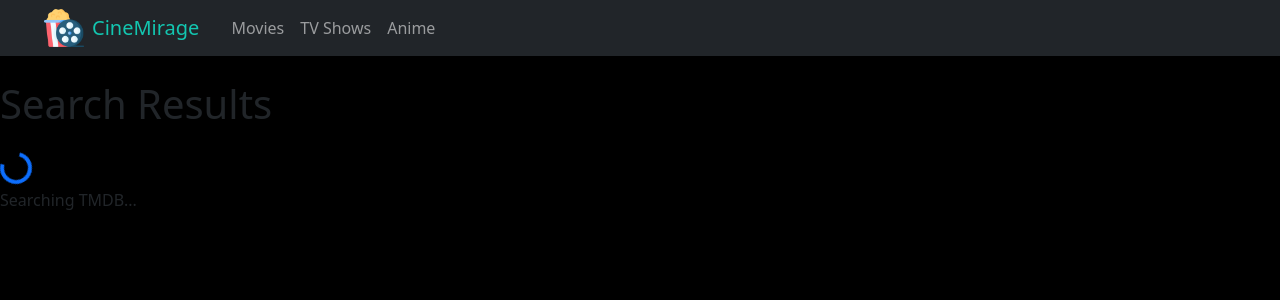
Repository: Malik1307/DEPI-Movie-Site-Demo-
Page: screens/search-results.html
An editor plug-in stored every save of this project. The page is shown before and after the next save, followed by the edit.
The browser window is 1280 px wide. The pictures show the whole page.

Above is the page before, as saved 2025-02-28 11:44:03.
Not found: css/search.css

After the next save:
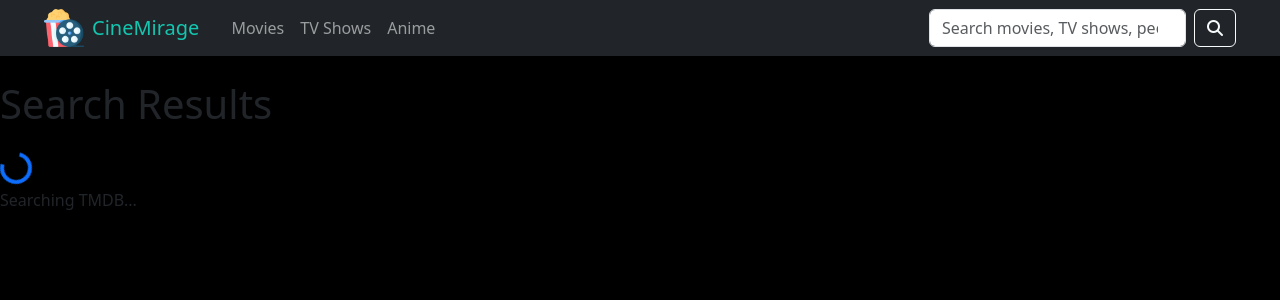
Saved 90 s later.
--- a/screens/search-results.html
+++ b/screens/search-results.html
@@ -8,9 +8,10 @@
     <link href="https://cdn.jsdelivr.net/npm/bootstrap@5.3.0/dist/css/bootstrap.min.css" rel="stylesheet" />
     <link rel="stylesheet" href="https://cdnjs.cloudflare.com/ajax/libs/font-awesome/6.5.1/css/all.min.css" />
     <link rel="stylesheet" href="../css/responsive.css" />
-    <link rel="stylesheet" href="../css/styles.css" />
+    <link rel="stylesheet" href="../css/styles.css" /> <!-- Fixed typo here -->
     <link rel="stylesheet" href="../css/search.css" />
   </head>
+
   <body>
     <nav class="navbar navbar-expand-lg navbar-dark bg-dark">
       <div class="container">
@@ -35,7 +36,18 @@
             <li class="nav-item"><a class="nav-link" href="./browse-anime.html">Anime</a></li>
           </ul>
           <!-- Modern Search Bar with Form Action -->
-
+          <form id="search-form" class="d-flex ms-auto">
+            <input
+              id="search-input"
+              class="form-control me-2"
+              type="search"
+              placeholder="Search movies, TV shows, people..."
+              aria-label="Search"
+            >
+            <button class="btn btn-outline-light" type="submit">
+              <i class="fas fa-search"></i>
+            </button>
+          </form>
         </div>
       </div>
     </nav>
